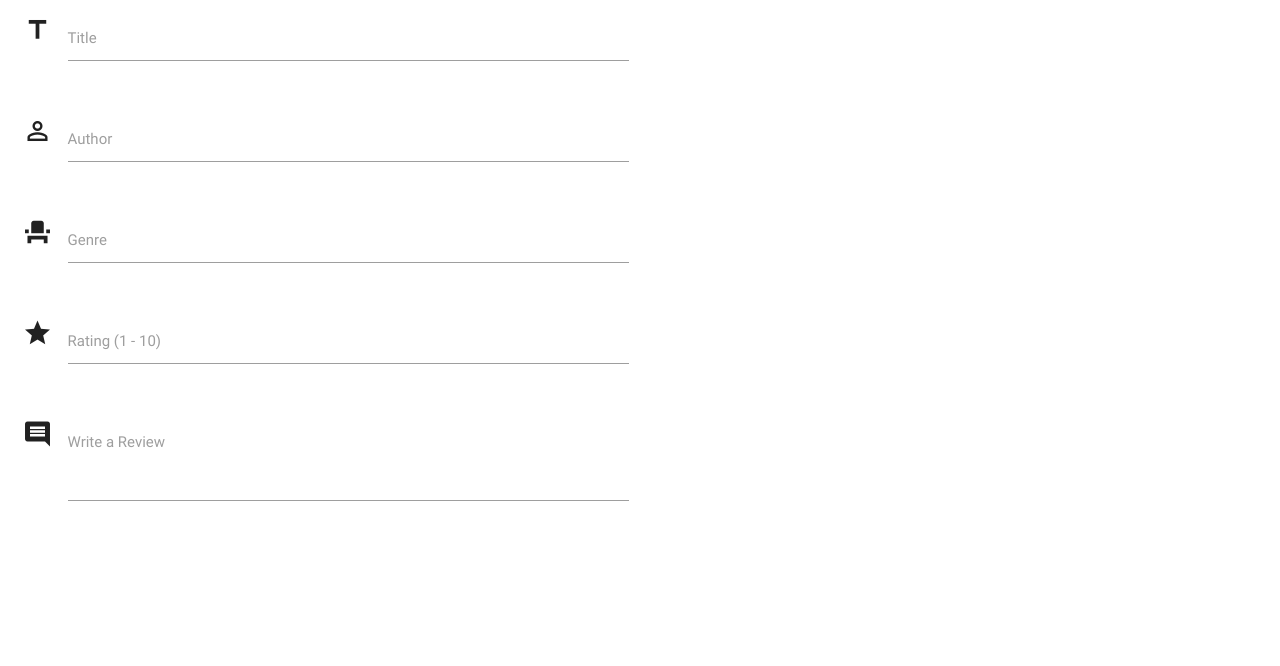
Repository: johnny-don/a-novel-idea
Page: http://localhost/add_review
The author's editor kept a record of every edit. The page is drawn from the files as they stood at one moment, then again after the next edit.
The browser window is 1280 px wide. The pictures show the whole page.
Some web libraries are served in a nearby version. The page is served by the project's application, run on Flask 3 (app.py).

Above is the page before.

After the next edit:
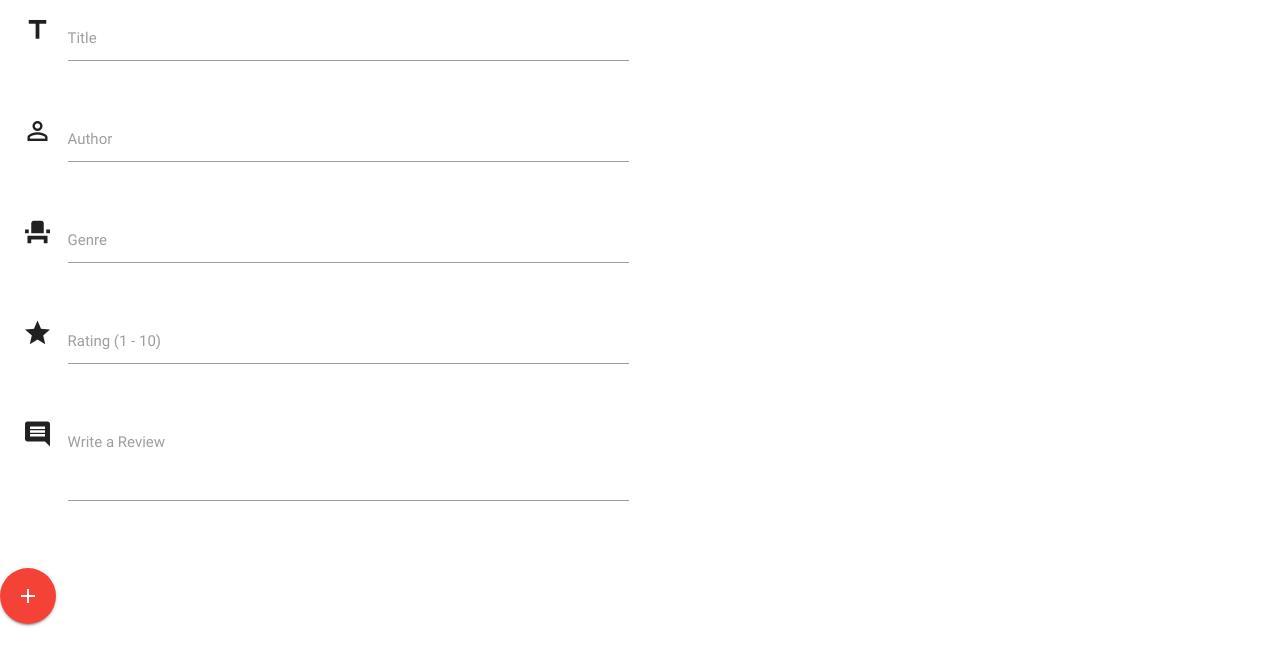
The edit:
--- a/templates/addreview.html
+++ b/templates/addreview.html
@@ -40,4 +40,6 @@
     </form>
   </div>
 
+  <a class=" submit-button btn-floating btn-large waves-effect waves-light red" id="submit_review"><i class="material-icons">add</i></a>
+
 {% endblock %}
